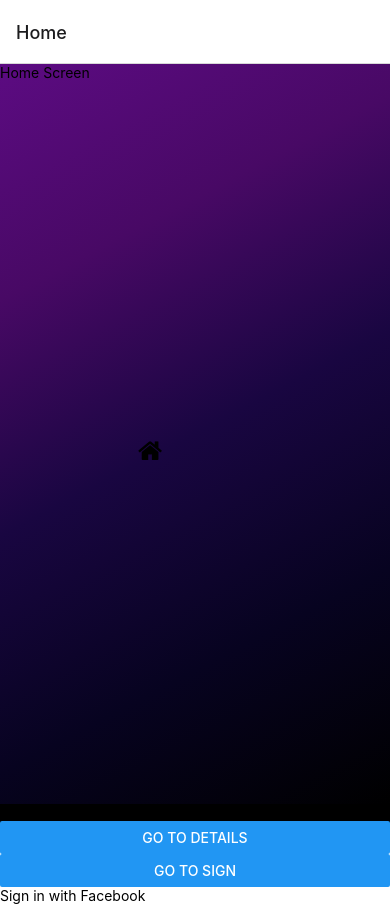
Repository: eyebone/barManager
Screen: /
These files come from the project's save history. The screen is drawn as it stood at one moment and after the next save; the edit follows.
The app was drawn by React Native's web renderer in a window 390 px wide. The project was rebuilt for these pictures with package versions that can differ from the ones it lists, and the page was loaded fresh each time. Some packages were replaced by stand-ins written for this rebuild. Also part of the build but not shown: components/EmojiPicker.js, components/Button.js, components/ImageViewer.js, components/circleButton.js, components/IconButton.js, view/ViewOne.js, view/Sign.js.

Above is the screen before, as saved 2023-06-26 14:59:40.

After the next save:
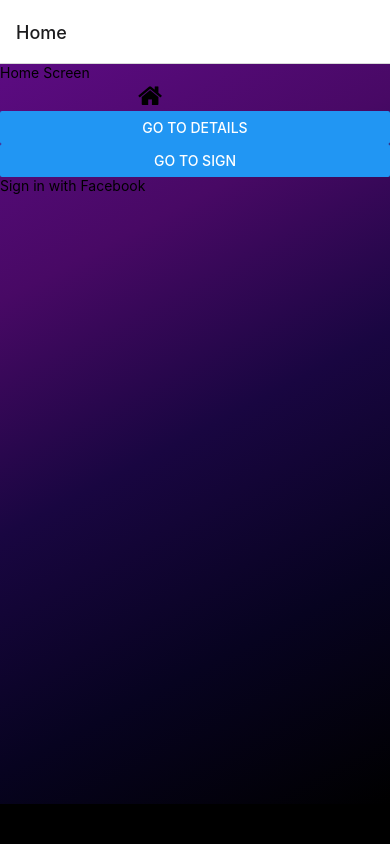
Saved 4 s later.
--- a/App.js
+++ b/App.js
@@ -67,7 +67,7 @@ const styles = StyleSheet.create({
   button: {
     borderRadius: 10,
     width: 300,
-    height: "100%",
+    height: 30,
     alignItems: "center",
     justifyContent: "center",
     flexDirection: "row",
